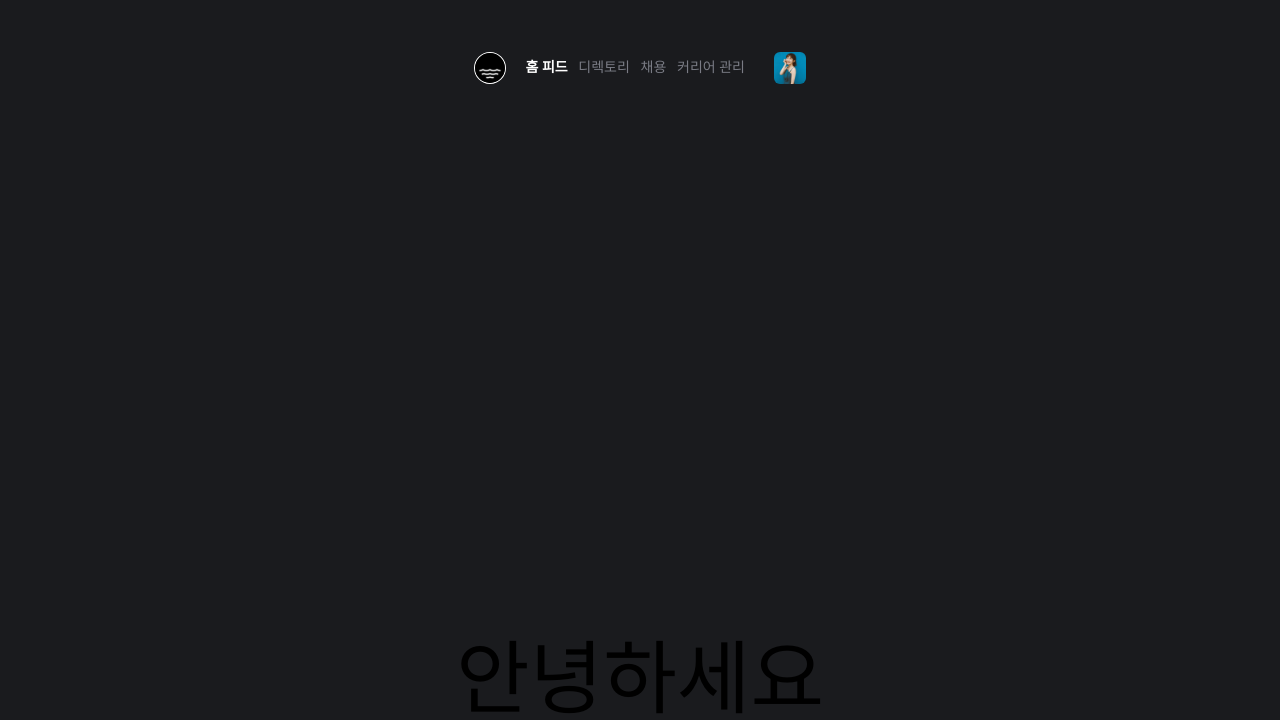
Repository: CDS-seminar-6/frontend
Page: /profile
These files come from the project's save history. The page is drawn as it stood at one moment and after a run of saves; the edit follows.
The browser window is 1280 px wide. The pictures show the whole page.
The project was rebuilt for these pictures with package versions that can differ from the ones it lists, and the page was loaded fresh each time. Also part of the build but not shown: src/components/common/MenuList.jsx, src/pages/Profile.jsx.

Above is the page before, as saved 2022-05-25 17:16:42.

After the next 4 saves:
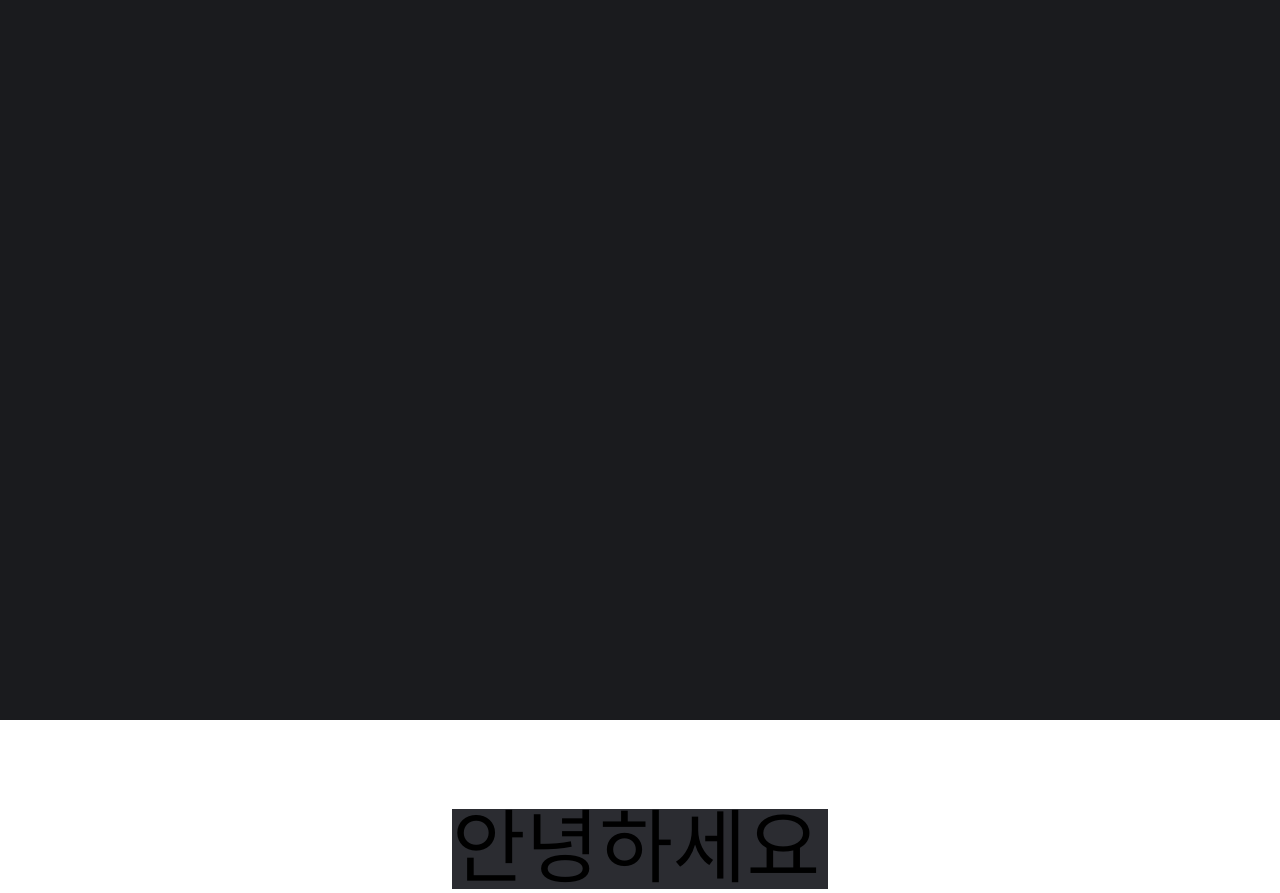
The 4 saves are shown as one change because 3 did not build or start.
The last was saved 3 min 41 s later.
--- a/src/components/surfitProfile/DirectoryInfo.jsx
+++ b/src/components/surfitProfile/DirectoryInfo.jsx
@@ -2,10 +2,19 @@
 import styled from 'styled-components';
 import { theme } from 'styles/theme';
 
-const InfoContainer = styled.div``;
+const InfoContainer = styled.div`
+  background-color: ${theme.colors.surfit_black_2};
+  margin: 89.3rem 0 auto;
+  width: 37.6rem;
+  height: 75.2rem;
+`;
 
 function DirectoryInfo() {
-  return <>안녕하세요</>;
+  return (
+    <InfoContainer>
+      <div>안녕하세요</div>
+    </InfoContainer>
+  );
 }
 
 export default DirectoryInfo;
